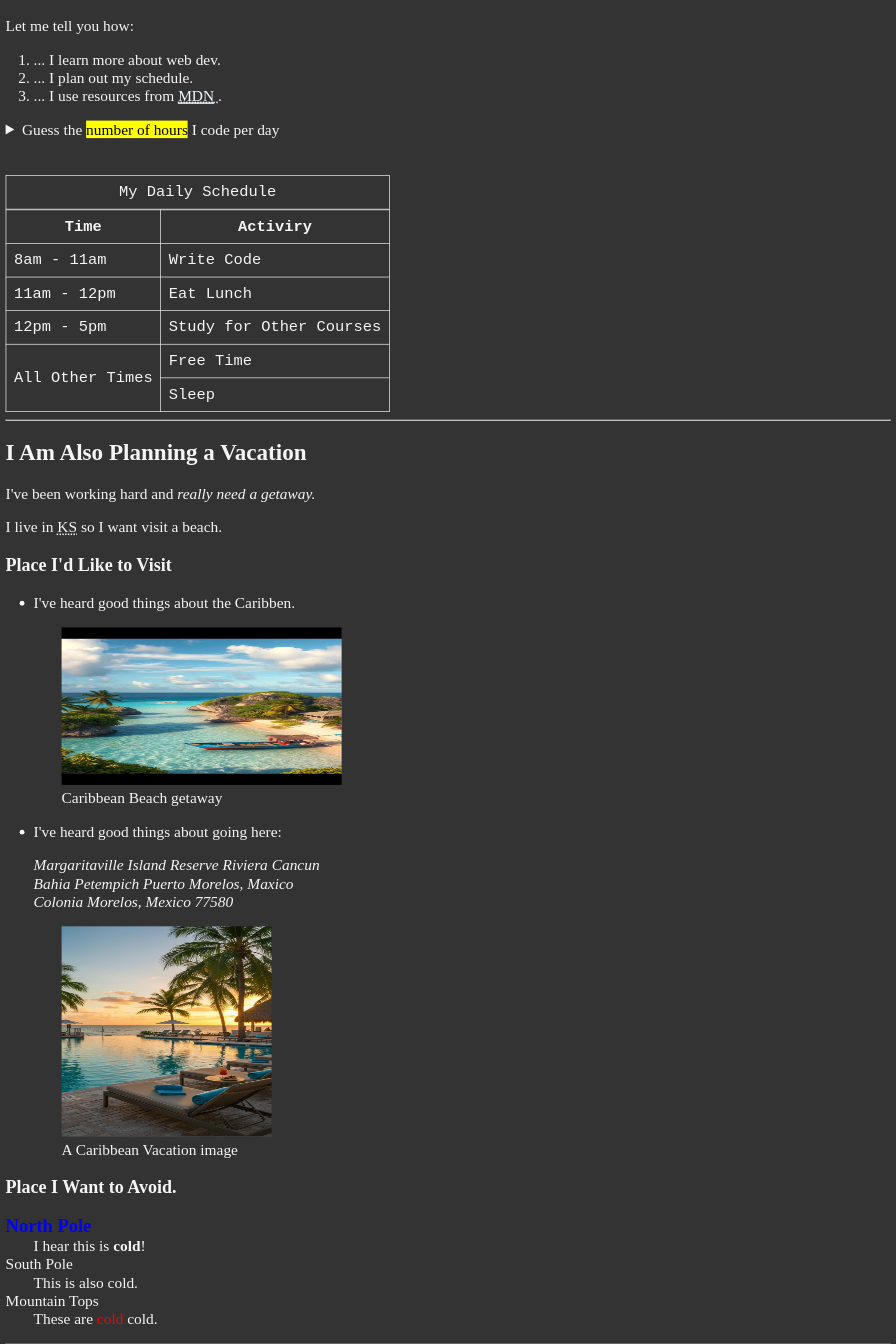
Repository: sannikovcode/exercises-a1
Page: JS/test1/task3/index.html
The author's editor kept a copy of each file at every save. The page is drawn from the files as they stood at one save, then again after the next save.
The browser window is 1280 px wide. The pictures show the part of the page from y = 846 to 2766 px (the page is 2884 px tall before and 2932 px after), at 70% of full size.

Above is the page before, as saved 2025-10-15 08:38:30.

After the next save:
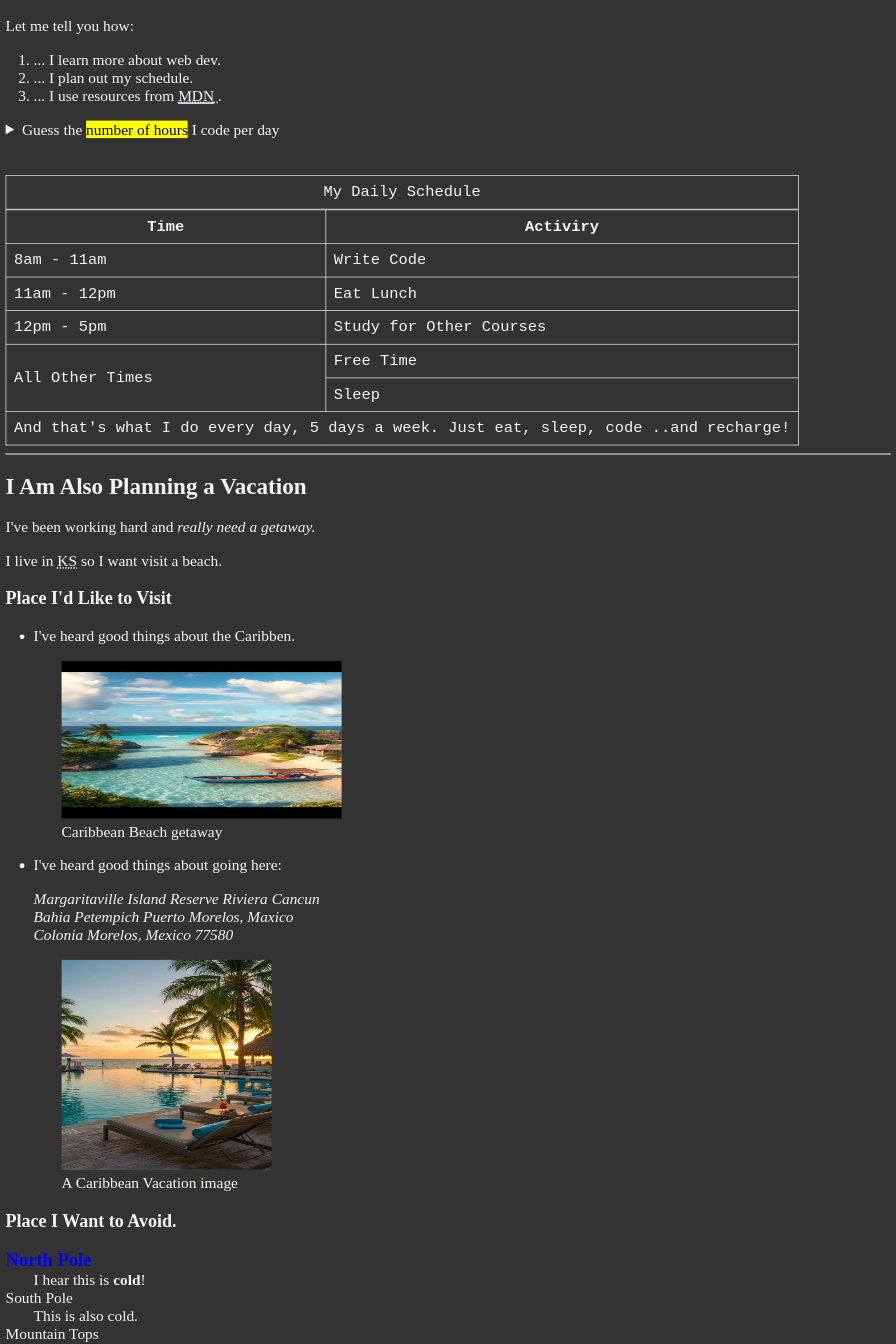
Saved 3 min 6 s later.
--- a/JS/test1/task3/index.html
+++ b/JS/test1/task3/index.html
@@ -97,6 +97,14 @@
               <td>Sleep</td>
             </tr>
           </tbody>
+          <tfoot>
+            <tr>
+              <td colspan="2">And that's what I do every day,
+                5 days a week. Just eat, sleep, code ..and
+                recharge!
+              </td>
+            </tr>
+          </tfoot>
         </table>
 
 
